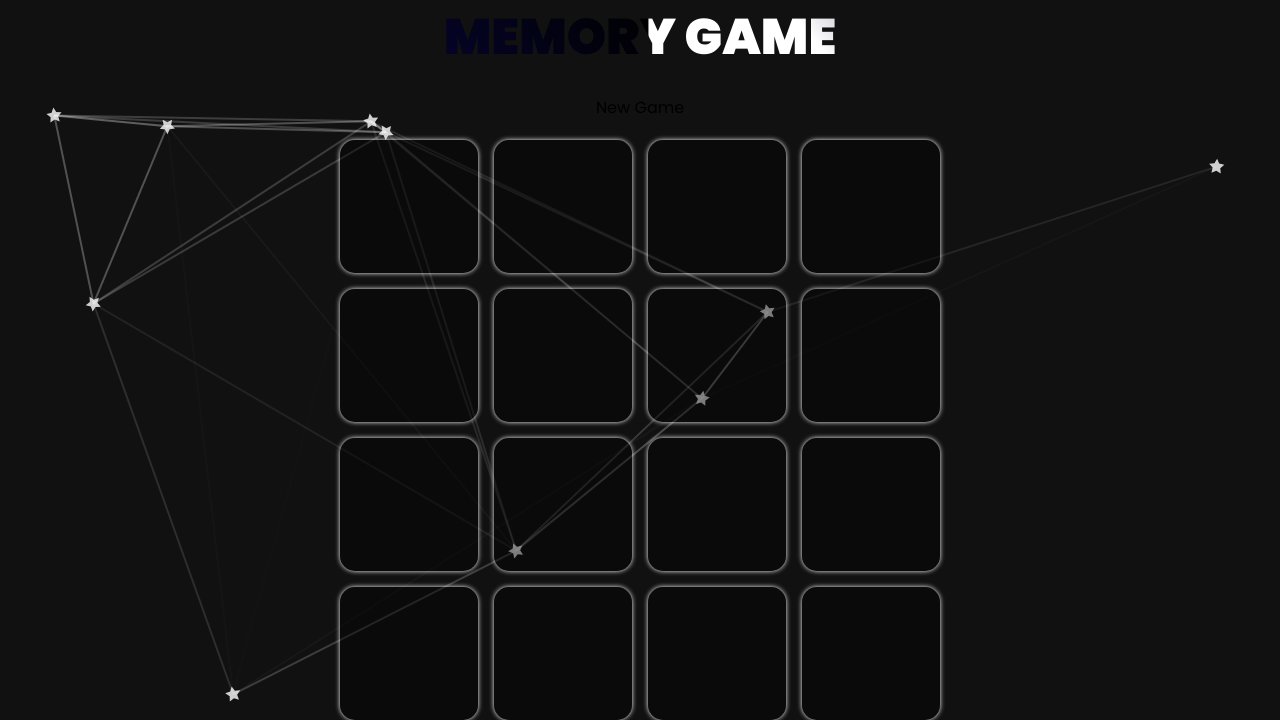
Repository: AbApin/memory-game
Page: /
The author's editor kept a copy of each file at every save. The page is drawn from the files as they stood at one save, then again after a run of saves.
The browser window is 1280 px wide. The pictures show the whole page.
The project was rebuilt for these pictures with package versions that can differ from the ones it lists, and the page was loaded fresh each time.

Above is the page before, as saved 2022-08-22 12:15:33.

After the next 3 saves:
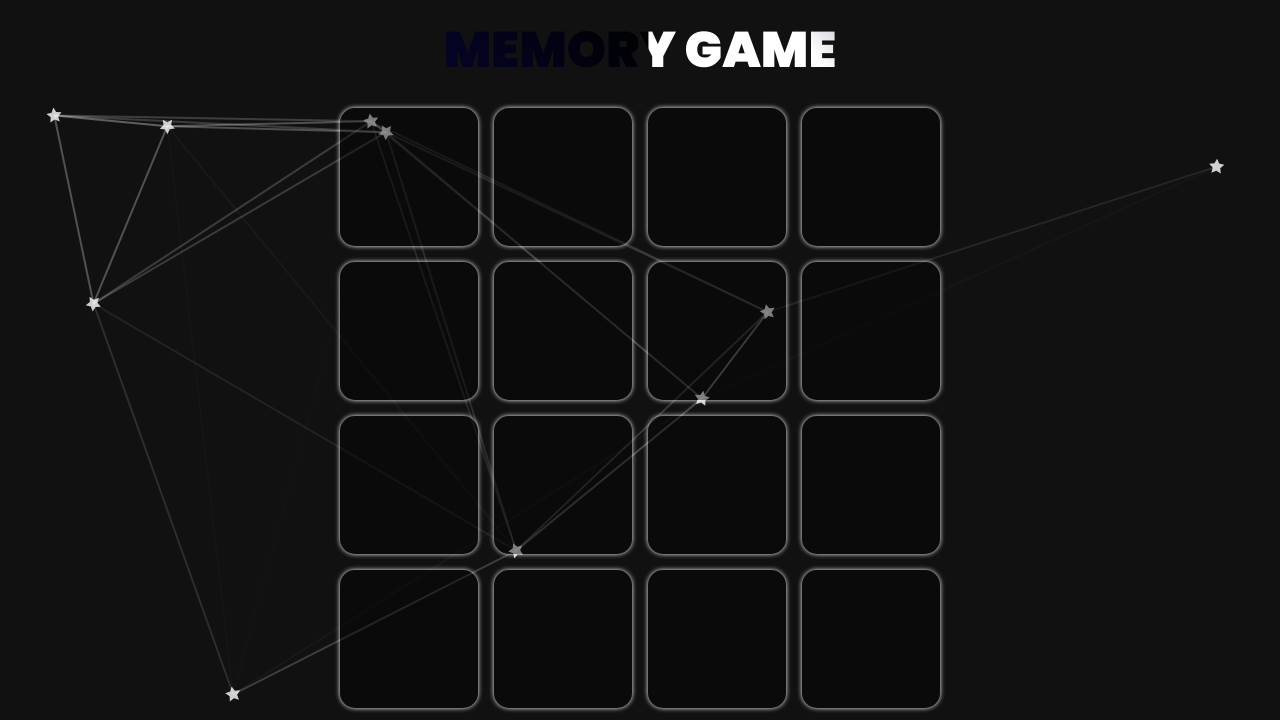
The 3 saves are shown as one change because they came seconds apart.
The last was saved 13 s later.
--- a/src/App.js
+++ b/src/App.js
@@ -135,7 +135,7 @@ function App() {
         }}
       />
       <h1 className='title'>Memory Game</h1>
-      <div>New Game</div>
+      {all && <div>New Game</div>}
       <Carts />
     </div>
   );
